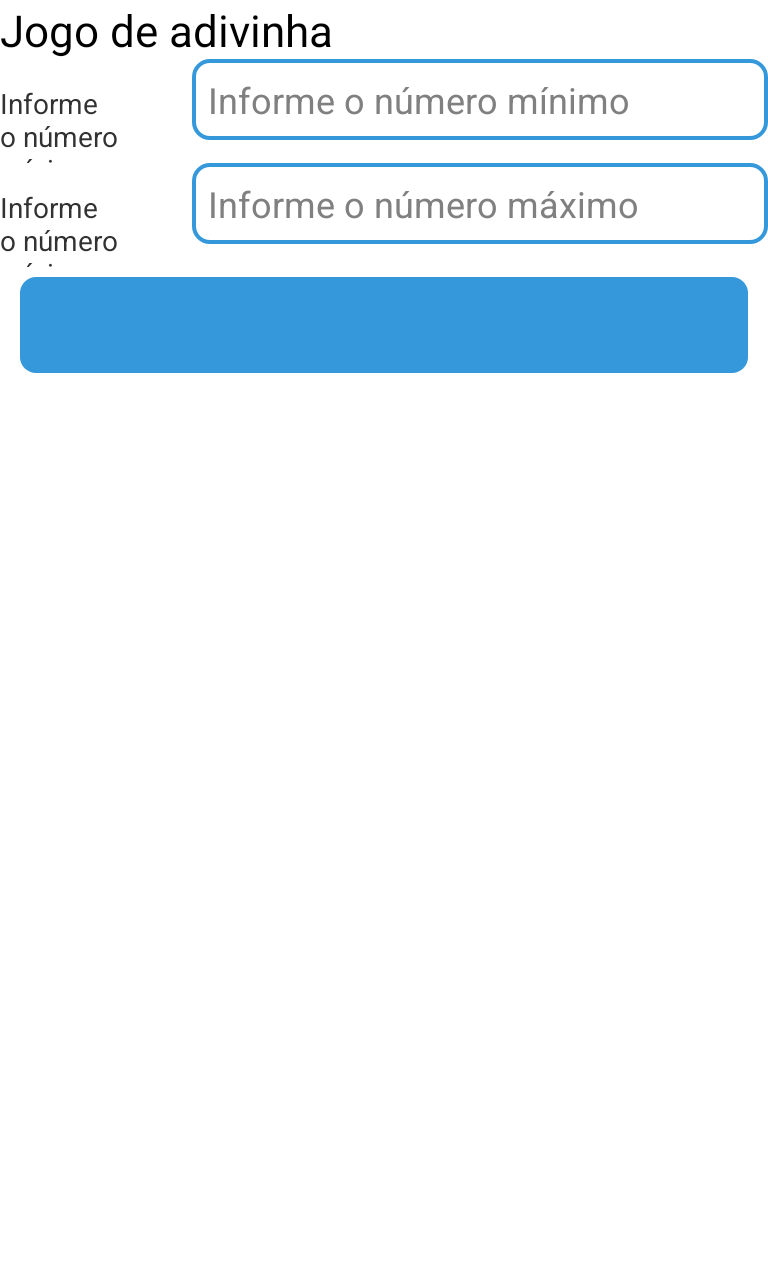
Repository: gokugohan/ddm
Layout: JogoDeAdivinha/res/layout/activity_final.xml
An editor plug-in stored every save of this project. The layout is shown before and after the next save, followed by the edit.
It is drawn on a 768 x 1280 px phone screen (xhdpi) without system bars, with theme AppTheme; the app's code is not run.

Above is the layout before, as saved 2014-11-07 11:30:32.

### JogoDeAdivinha/res/layout/activity_final.xml
<LinearLayout xmlns:android="http://schemas.android.com/apk/res/android"
    xmlns:tools="http://schemas.android.com/tools"
    android:layout_width="match_parent"
    android:layout_height="match_parent"
    android:orientation="vertical" >

    <TextView
        android:id="@+id/id_tv_intro"
        android:layout_width="wrap_content"
        android:layout_height="wrap_content"
        android:text="@string/str_info_jogo"
        android:textAppearance="?android:attr/textAppearanceLarge" />

    <LinearLayout
        android:layout_width="match_parent"
        android:layout_height="wrap_content"
        android:orientation="horizontal"
        android:weightSum="2" >

        <TextView android:layout_width="0dp"
            android:layout_height="wrap_content"
            android:layout_weight="0.5"
            android:textSize="14sp"
            android:text="@string/str_info_min"/>

        <EditText
            android:id="@+id/id_et_min"
            android:layout_width="0dp"
            android:layout_weight="1.5"
            android:layout_height="wrap_content"
            android:background="@drawable/custom_edittext"
            android:hint="@string/str_info_min"
            android:inputType="number" />
    </LinearLayout>


   <LinearLayout
        android:layout_width="match_parent"
        android:layout_height="wrap_content"
        android:orientation="horizontal"
        android:weightSum="2" >

        <TextView android:layout_width="0dp"
            android:layout_height="wrap_content"
            android:layout_weight="0.5"
            android:textSize="14sp"
            android:text="@string/str_info_min"/>

        <EditText
            android:id="@+id/id_et_max"
            android:layout_width="0dp"
            android:layout_weight="1.5"
            android:layout_height="wrap_content"
            android:background="@drawable/custom_edittext"
            android:hint="@string/str_info_max"
            android:inputType="number" />
    </LinearLayout>

   <View android:layout_width="match_parent"
       android:layout_height="5dp"/>

   <Button android:id="@+id/id_btn_comecar"
       android:layout_width="match_parent"
       android:layout_height="wrap_content"
       android:layout_marginLeft="10dp"
       android:layout_marginRight="10dp"
       android:background="@drawable/custom_button"/>

</LinearLayout>

### JogoDeAdivinha/res/values/strings.xml
<?xml version="1.0" encoding="utf-8"?>
<resources>

    <string name="app_name">Jogo de adivinha</string>
    <string name="hello_world">Hello world!</string>
    <string name="action_settings">Settings</string>

    <string name="str_info_jogo">Jogo de adivinha </string>
    <string name="str_info_min">Informe o número mínimo</string>
    <string name="str_info_max">Informe o número máximo</string>
    <string name="str_name">Começar</string>
</resources>

### JogoDeAdivinha/res/drawable/custom_edittext.xml
<?xml version="1.0" encoding="utf-8"?>
<shape xmlns:android="http://schemas.android.com/apk/res/android" >

    <corners
        android:radius="8dp"
        />

    <stroke android:width="2dp"
        android:color="#3498db"/>

     <padding
        android:bottom="8dp"
        android:left="8dp"
        android:right="8dp"
        android:top="8dp" />
</shape>

### JogoDeAdivinha/res/drawable/custom_button.xml
<?xml version="1.0" encoding="utf-8"?>
<shape xmlns:android="http://schemas.android.com/apk/res/android" >

    <corners
        android:bottomLeftRadius="8dp"
        android:bottomRightRadius="8dp"
        android:topLeftRadius="8dp"
        android:topRightRadius="8dp" />

    <solid android:color="#3498db"/>
</shape>

Loaded but not shown: JogoDeAdivinha/res/values/styles.xml (common file); JogoDeAdivinha/res/values-v11/styles.xml (common file); JogoDeAdivinha/res/values-v14/styles.xml (common file)

After the next save:
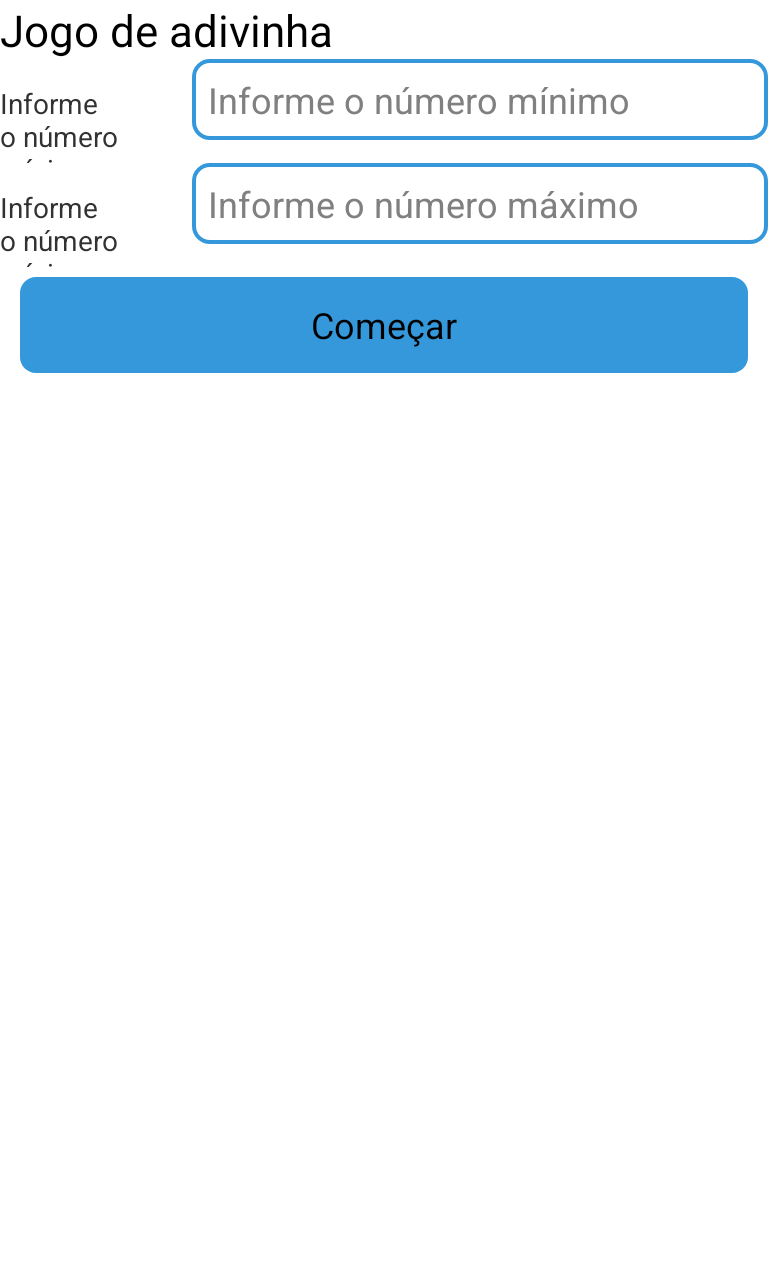
Saved 18 s later.
--- a/JogoDeAdivinha/res/layout/activity_final.xml
+++ b/JogoDeAdivinha/res/layout/activity_final.xml
@@ -64,6 +64,7 @@
        android:layout_height="wrap_content"
        android:layout_marginLeft="10dp"
        android:layout_marginRight="10dp"
+       android:text="@string/str_name"
        android:background="@drawable/custom_button"/>
 
 </LinearLayout>
